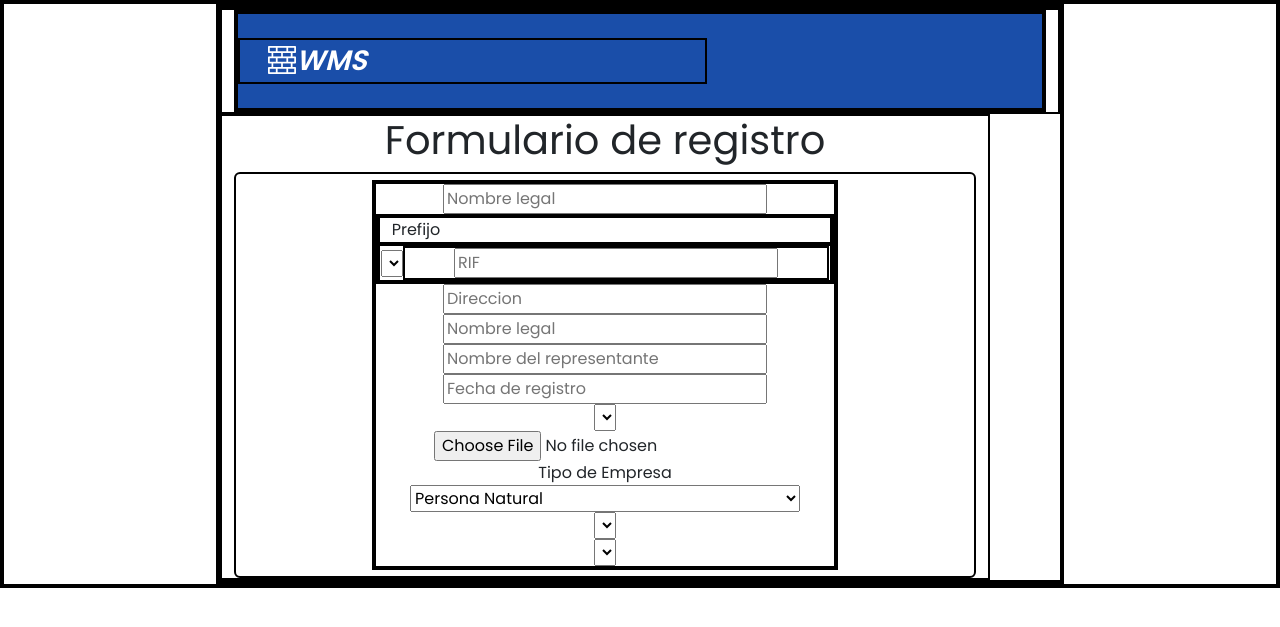
Repository: Rafa-x64/Gestion_inventario_practica
Page: http://localhost/Gestion_inventario/index.php?page=registro-empresa
The author's editor kept a copy of each file at every save. The page is drawn from the files as they stood at one save, then again after the next save.
The browser window is 1280 px wide. The pictures show the whole page.
The page is run by PHP 8.4 with error messages shown; the project is at /var/www/html/.

Above is the page before, as saved 2025-07-23 17:02:14.

After the next save:
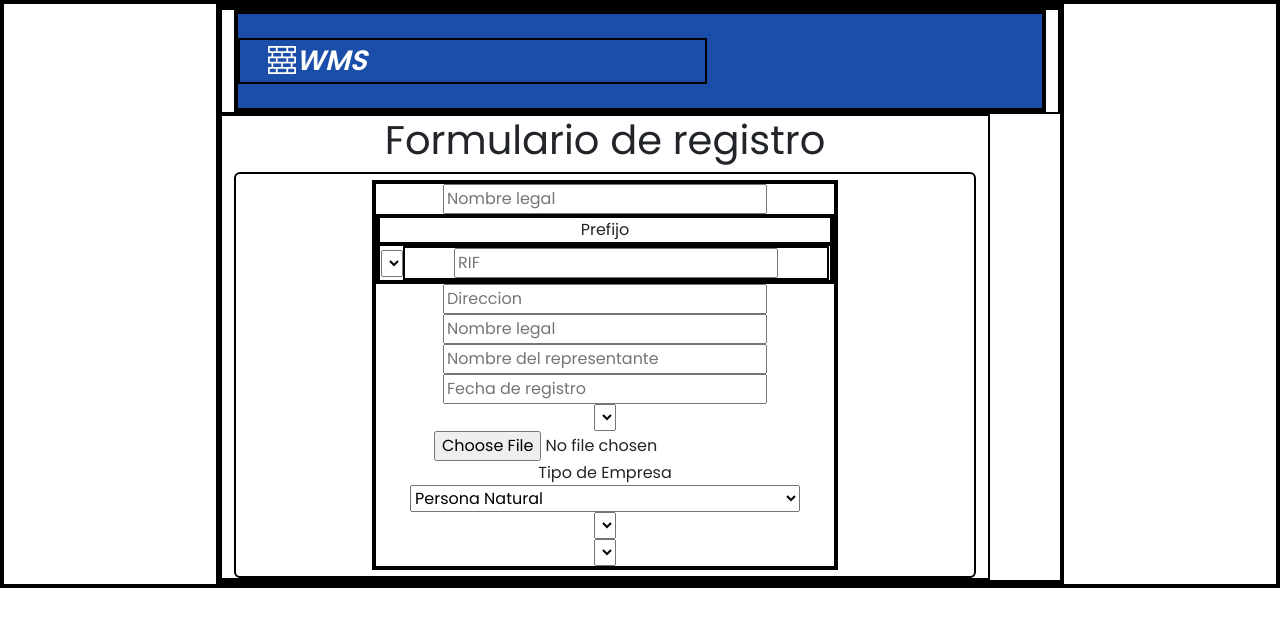
Saved 4 s later.
--- a/view/php/registro-empresa-view.php
+++ b/view/php/registro-empresa-view.php
@@ -31,7 +31,7 @@
                             <div class="col-12 d-flex flex-column align-items-center justify-content-center">
                                 <input type="text" name="" id="nombre_legal" placeholder="Nombre legal">
                                 <div class="row">
-                                    <div class="col-12 text">
+                                    <div class="col-12 text-center">
                                         <label for="prefijo">Prefijo</label>
                                     </div>
                                     <div class="col-12 d-flex flex-row align-items-center justify-content-center">
